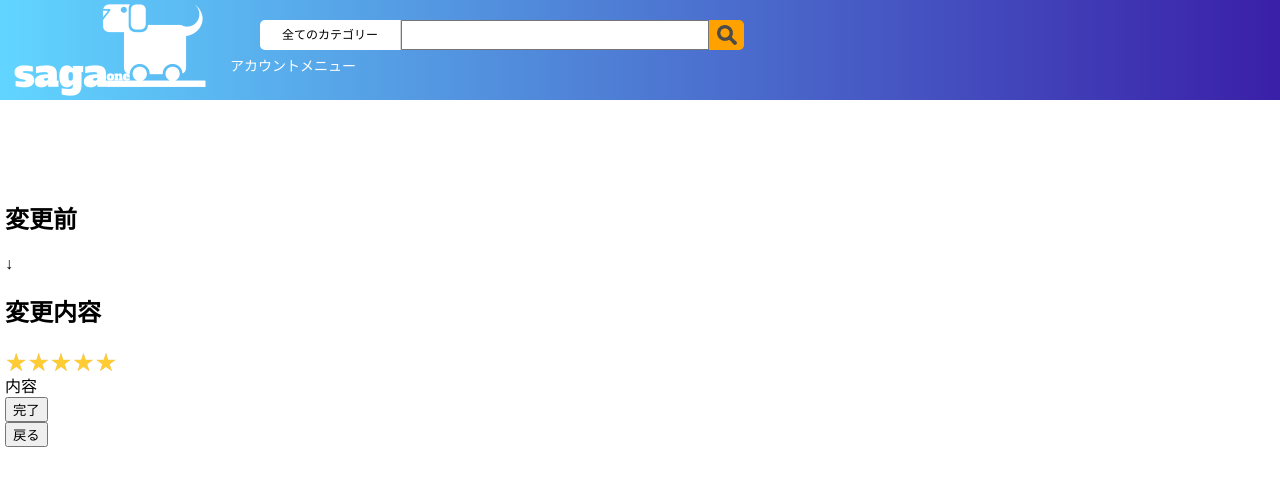
Repository: a4b3c2d1/backup
Page: http://localhost/sagaone-master/reviewChangeConfirm.jsp
These files come from the project's save history. The page is drawn as it stood at one moment and after the next save; the edit follows.
The browser window is 1280 px wide. The pictures show the whole page.
The page is served by Tomcat 9. Other server files are loaded and not shown.

Above is the page before, as saved 2018-01-21 10:45:09.

### sagaone-master/WebContent/reviewChangeConfirm.jsp
<%@ page language="java" contentType="text/html; charset=UTF-8"
	pageEncoding="UTF-8"%>
<%@ taglib prefix="s" uri="/struts-tags"%>
<!DOCTYPE html PUBLIC "-//W3C//DTD HTML 4.01 Transitional//EN" "http://www.w3.org/TR/html4/loose.dtd">
<html>
<head>
<meta http-equiv="Content-Type" content="text/html; charset=UTF-8">
<meta http-equiv="Content-Style-Type" content="text/css" />
<link rel="stylesheet" type="text/css" href="./css/style.css">
<title>変更確認画面</title>
<style type="text/css">
#main {
	margin-top: 100px;
	margin-bottom: 60px;
	min-height: 100%;
	height: auto !important;
	height: 100%;
	position: relative;
}

.rating {
	position: relative;
	width: 5em;
	height: 1em;
	font-size: 25px;
}

.rating-front {
	position: absolute;
	top: 0;
	left: 0;
	overflow: hidden;
	color: #ffcc33;
}

.rating-back {
	color: #ccc;
}
</style>
</head>
<body>
	<header>

	<div id="main-logo">
		<img src="./css/sagaone_logo.png" height="100px">
	</div>

	<div id="search-form">

		<s:form action="SearchItemAction">
			<div id="search-box">
				<select name="itemCategory" id="category">
					<option value="0">全てのカテゴリー</option>
					<option value="1">本</option>
					<option value="2">家電・パソコン</option>
					<option value="3">おもちゃ・ゲーム</option>
				</select> <input type="text" name="searchWord" id="search" />
			</div>
			<div class="search-btn">
				<input type="image" src="./css/searchIcon.png" width="20"
					height="20" class="icon" />
			</div>
		</s:form>
	</div>

	<div id="header-container">

		<ul id="normal" class="dropmenu">

			<li><s:if test="session.loginUserId != null">
					<s:property value="#session.loginUserId" />でログイン中
					</s:if></li>

			<li>アカウントメニュー
				<ul>
					<s:if test="session.loginUserId != null">
						<li><s:form action="MyPageAction">
								<s:submit value="マイページ" cssClass="b-btn" />
							</s:form></li>
					</s:if>

					<s:if test="session == null">
						<li><s:form action="LoginPageAction">
								<s:submit value="ログイン画面へ" cssClass="b-btn" />
							</s:form></li>
					</s:if>

					<s:if test="session.loginUser == null">
						<li><s:form action="LoginPageAction">
								<s:submit value="ログイン画面へ" cssClass="b-btn" />
							</s:form></li>
					</s:if>

					<s:if test="session.loginUser != null">
						<li><s:form action="LogoutAction">
								<s:submit value="ログアウト" cssClass="b-btn" />
							</s:form></li>
					</s:if>

					<li><s:form action="UserCreateAction">
							<s:submit value="ユーザー登録" cssClass="b-btn" />
						</s:form></li>

					<li><s:form action="ItemAction">
							<s:hidden name="offset" value="0"></s:hidden>
							<s:submit value="商品一覧" cssClass="b-btn" />
						</s:form></li>

					<li><s:form action="CartAction">
							<s:hidden name="cartFlg" value="1"></s:hidden>
							<s:submit value="カート確認" cssClass="b-btn" />
						</s:form></li>

					<s:if test="session.loginUser != null">
						<li><s:form action="PaymentAction">
								<s:submit value="決済" cssClass="b-btn" />
							</s:form></li>
					</s:if>
				</ul>
			</li>
		</ul>
	</div>


	</header>
	<div id="main">
		<div class="main1">
			<div class="review1">
				<h2>変更前</h2>
				<s:iterator value="#session.reviewDTOList">



					<span> 書き込み日：<s:property value="update_date" />
					</span>

					<div class="rating">
						<div class="rating-front"
							style="width:calc(<s:property value="value" />*20%)">★★★★★</div>
						<div class="rating-back">★★★★★</div>
					</div>

					<div class="text">
						<s:property value="review" />
					</div>
				</s:iterator>
			</div>
			↓

			<div class="review2">
			<h2>変更内容</h2>
				<div class="rating">
					<div class="rating-front"
						style="width:calc(<s:property value="value" />*20%)">★★★★★</div>
					<div class="rating-back">★★★★★</div>
				</div>


				<s:property value="session.review_change_review" />
				内容


				<s:form action="ReviewChangeConpleteAction">
					<span class="botton1"> <s:submit value="完了">
						</s:submit></span>
				</s:form>

				<s:form action="ReviewEditAction">
					<td><input type="hidden" name="changeflg" value="1"></input></td>
					<span class="botton1"> <s:submit value="戻る">
						</s:submit></span>
				</s:form>
			</div>
		</div>
	</div>
</body>
</html>

### sagaone-master/WebContent/css/style.css
@CHARSET "UTF-8";

html {
	min-height: 100%;
	position: relative;
}
body{
	margin: 0;
	font-family: Ariel, sans-serif;
	margin-bottom: 45px;
}
.clearfix:after {
	content: "";
	clear: both;
	display: block;
}

header{
	height: 100px;
	background-image: linear-gradient(-90deg, #3A1FA8, #61D5FF);
	color: white;
}

input{
	outline: none;
}

#main-logo{
	float: left;
	height: 100px;
	padding-left: 10px;
}

#search-form{
	padding-top: 20px;
	min-width: 500px;
	height: 30px;
	margin-left: 260px;
	line-height: 20px;
}

#search-box{
	margin: 0;
	float:left;
	height: 30px;
}

#category{
	appearance: none;
	background: #fff;
	vertical-align: middle;
	color: black;
	box-sizing: content-box;
	border: 0;
	border-right: 1px solid #d7d7d7;
	border-radius: 5px 0 0 5px;
	margin: 0;
	float:left;
	height: 30px;
	width: 140px;
	font-size: 12px;
	text-align: center;
}

#search{
	margin: 0;
	float: left;
	height: 24px;
	width: 300px;
}

.search-btn{
	position: relative;
	margin: 0;
	float: left;
	height: 30px;
	width: 35px;
	background-color: #ffa200;
	box-sizing:border-box;
	border: none;
	border-radius: 0 5px 5px 0;
	color: black;
	box-shadow: none;
	outline: none;
	inline: none;
	text-align: center;
	line-height: 22px;
}
.search-btn input {
	padding-top: 5px;
}
.search-btn:hover{
	cursor: pointer;
	opacity: 0.9;
}

#header-container{
	min-width: 600px;
	width: 65%;
	height: 50px;
	margin-top: 0px;
	margin-left: 230px;
}
#itemmenu, #acountmenu {
  float: left;
  position: relative;
  width: 180px;
  height: 30px;
  margin: 0;
  padding-top: 15px;
  text-align: center;
}

#welcome{
	float: right;
	width: 180px;
	height: 30px;
	padding-top: 15px;
}

.dropmenu{
float: left;
  *zoom: 1;
  list-style-type: none;
  width: 100%;
  height:45px;
  margin: 5px auto 0;
  padding: 0;
  font-size: 14px;
}
.dropmenu:before, .dropmenu:after{
  content: "";
  display: table;
}
.dropmenu:after{
  clear: both;
}

.drop-topic {
	display: inherit;
	height: 100%;
	text-align: center;
}
.b-btn, .c-btn{
  display: block;
  margin: 0;
  padding: 15px 0 11px;
  width: 100%;
  background: #fff;
  box-shadow: 3px 3px 10px #cccccc;
  color: black;
  font-size: 14px;
  line-height: 1;
  text-decoration: none;
  text-align: center;
  border: transparent 1px solid ;
  transition: 0.2s;
}
.item-drop, .acount-drop {
  display: none;
  list-style: none;
  position: absolute;
  z-index: 9999;
  top: 100%;
  width: 180px;
  margin: 0;
  padding: 0;
    border: 1px solid #aaa;
    transition: opacity 0.2s linear;
}

.item-drop li{
  width: 100%;
}
.acount-drop li {
	width: 100%;
}
.dropmenu li:hover ul{
  display: block;
}

.dropmenu li ul li{
  overflow: hidden;
  height: 0;
  transition: .2s;
}

.dropmenu li:hover ul li{
  overflow: visible;
  height: 38px;
}
.b-btn{
  padding: 13px 15px;
  background: #fff;
  text-align: center;
}
.acount-drop:hover > .b-btn{
  background: #59c5ff;
  transition: .2s;
}
.b-btn:hover{
  	letter-spacing: 3px;
	background-color: #59c5ff;
	color: #fff;
}

.c-btn{
  padding: 13px 15px;
  background: #fff;
  text-align: center;
}
.item-drop:hover > .c-btn{
  background: #00d977;
  transition: .2s;
}
.c-btn:hover{
  	letter-spacing: 3px;
	background-color: #00d977;
	color: #fff;
}

.item-drop {
  display: none;
}



#main{
	margin: 50px 5px 60px ;
}

footer{
	clear: both;
	position: absolute;
	bottom: 0;
	width: 100%;
	height: 45px;
	line-height: 50px;
	text-align: center;
	background-image: linear-gradient(-90deg, #3A1FA8, #61D5FF);
	color: white;
}

After the next save:
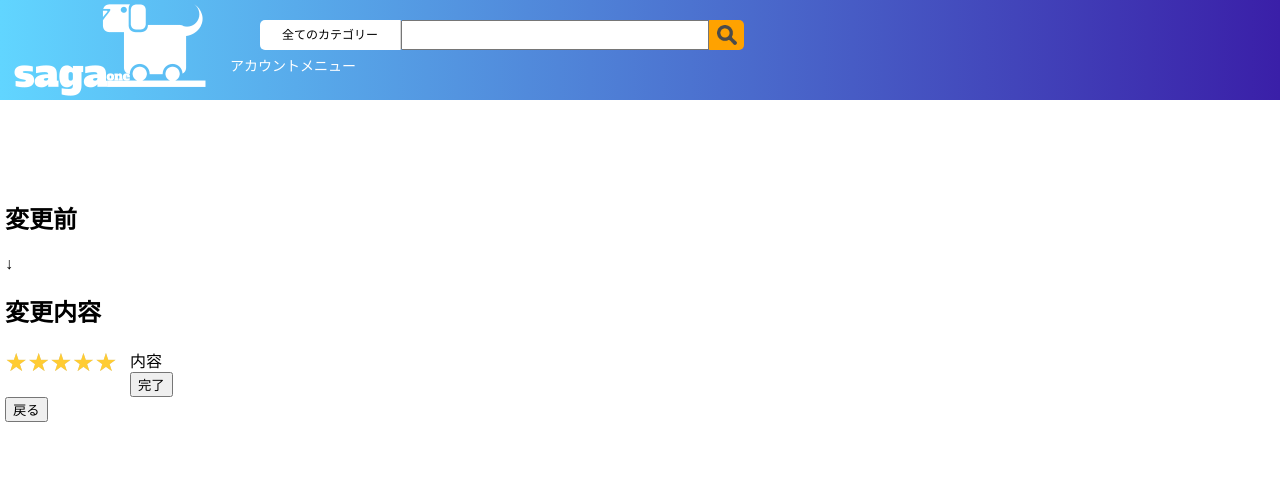
Saved 29 s later.
--- a/sagaone-master/WebContent/reviewChangeConfirm.jsp
+++ b/sagaone-master/WebContent/reviewChangeConfirm.jsp
@@ -19,6 +19,7 @@
 }
 
 .rating {
+	float: left;
 	position: relative;
 	width: 5em;
 	height: 1em;
@@ -148,7 +149,7 @@
 			↓
 
 			<div class="review2">
-			<h2>変更内容</h2>
+				<h2>変更内容</h2>
 				<div class="rating">
 					<div class="rating-front"
 						style="width:calc(<s:property value="value" />*20%)">★★★★★</div>
